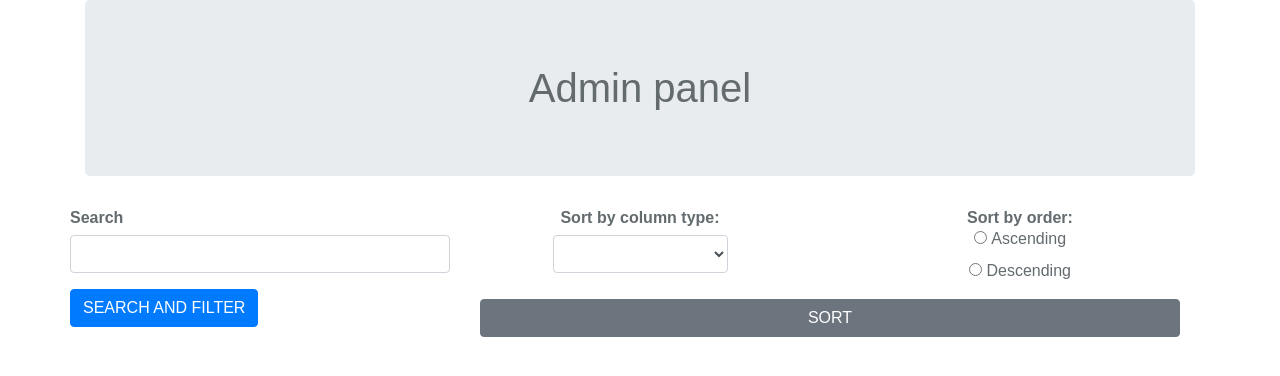
Repository: WOLVGVNG/gameclan
Page: resources/views/admin_panel.blade.php
The author's editor kept a copy of each file at every save. The page is drawn from the files as they stood at one save, then again after the next save.
The browser window is 1280 px wide. The pictures show the whole page.
The page is served by the project's Laravel application, run on PHP 8.4 with Laravel 8. Other server files are loaded and not shown. The template is opened directly, without the code that normally fills it, so the values that code supplies are empty.

Above is the page before, as saved 2019-03-20 17:38:55.

### routes/web.php
<?php

/*
|--------------------------------------------------------------------------
| Web Routes
|--------------------------------------------------------------------------
|
| Here is where you can register web routes for your application. These
| routes are loaded by the RouteServiceProvider within a group which
| contains the "web" middleware group. Now create something great!
|
*/

Route::get('/', 'AdminPanelController@index');

### resources/views/admin_panel.blade.php
@extends('layout.app')
@section('content')
<div class='container text-center'>
    <h1 class='jumbotron'>Admin panel</h1>
    <form action='/' method='GET'>
        <div class='row'>
            <div class='col-md-4'>
                <div class='row'>
                    <h6 class='font-weight-bold'>Search</h6>
                    <input type='text' class='form-control' name='search' value='{{ session('search') }}'>
                </div>
                <div class='row'>
                    <button type='submit' class='btn btn-primary mt-3'>SEARCH AND FILTER</button>
                </div>
            </div>
            <div class='col-md-8'>
                <div class='row'>
                    <div class='col-sm-6'>
                        <h6 class='font-weight-bold mt-4 mt-md-0'>Sort by column type:</h6>
                        <select class='form-control w-50 mx-auto' name='sort_type' value='{{ session('sort_type') }}'>
                            <option>{{ session('sort_type') }}</option>
                            <option>id</option>
                            <option>user_name</option>
                            <option>email</option>
                            <option>active</option>
                            <option>banned</option>
                            <option>notifiable_email</option>
                            <option>email_verified_at</option>
                            <option>points</option>
                            <option>steam_id</option>
                            <option>facebook_id</option>
                            <option>google_id</option>
                            <option>geo</option>
                            <option>lang</option>
                            <option>ref</option>
                            <option>ref_status</option>
                            <option>ref_code</option>
                            <option>deleted_at</option>
                            <option>created_at</option>
                            <option>updated_at</option>
                        </select>
                    </div>
                    <div class='col-sm-6'>
                        <h6 class='font-weight-bold my-4 my-md-0'>Sort by order:</h6>
                        <input type='radio' name='sort_order' value='asc' id='asc'
                                @if(session('sort_order') == 'asc') echo checked @endif>
                        <label for='asc'>Ascending</label>
                        <br>
                        <input type='radio' name='sort_order' value='desc' id='desc'
                                @if(session('sort_order') == 'desc') echo checked @endif>
                        <label for='desc'>Descending</label>
                    </div>
                </div>
                <div class='col mt-2 mb-5'>
                    <button type='submit' class='btn btn-block btn-secondary'>SORT</button>
                </div>
            </form>

            @foreach($users as $user)
                <div class='row mb-5'>
                    <div class='user-part-div col'>
                        <p class='font-weight-bold'>id</p>
                        <p>{{$user->id}}</p>
                    </div>
                    <div class='user-part-div col'>
                        <p class='font-weight-bold'>user_name</p>
                        <p>{{$user->user_name}}</p>
                    </div>
                    <div class='user-part-div col'>
                        <p class='font-weight-bold'>email</p>
                        <p>{{$user->email}}</p>
                    </div>
                    @if($user->active === 1)
                        <div class='user-part-div col d-flex align-items-center'>
                            <p class='font-weight-bold'>active</p>
                        </div>
                    @endif
                    @if($user->banned === 1)
                    <div class='user-part-div col d-flex align-items-center'>
                        <p class='font-weight-bold'>banned</p>
                    </div>
                    @endif
                    @if(isset($user->email_verified_at))
                        <div class='user-part-div col'>
                            <p class='font-weight-bold'>email_verified_at</p>
                            <p>{{$user->email_verified_at}}</p>
                        </div>
                    @endif
                    @if(isset($user->email_verified_at))
                        <div class='user-part-div col'>
                            <p class='font-weight-bold'>remember_token</p>
                            <p>{{$user->remember_token}}</p>
                        </div>
                    @endif
                    <div class='user-part-div col'>
                        <p class='font-weight-bold'>avatar</p>
                        <p>{{$user->avatar}}</p>
                    </div>
                    <div class='user-part-div col'>
                        <p class='font-weight-bold'>points</p>
                        <p>{{$user->points}}</p>
                    </div>
                    @if(isset($user->steam_id))
                        <div class='user-part-div col'>
                            <p class='font-weight-bold'>steam_id</p>
                            <p>{{$user->steam_id}}</p>
                        </div>
                    @endif
                    @if(isset($user->facebook_id))
                        <div class='user-part-div col'>
                            <p class='font-weight-bold'>facebook_id</p>
                            <p>{{$user->facebook_id}}</p>
                        </div>
                    @endif
                    @if(isset($user->google_id))
                        <div class='user-part-div col'>
                            <p class='font-weight-bold'>google_id</p>
                            <p>{{$user->google_id}}</p>
                        </div>
                    @endif
                    <div class='user-part-div col'>
                        <p class='font-weight-bold'>geo</p>
                        <p>{{$user->geo}}</p>
                    </div>
                    <div class='user-part-div col'>
                        <p class='font-weight-bold'>lang</p>
                        <p>{{$user->lang}}</p>
                    </div>
                    @if(isset($user->ref))
                        <div class='user-part-div col'>
                            <p class='font-weight-bold'>ref</p>
                            <p>{{$user->ref}}</p>
                        </div>
                    @endif
                    @if(isset($user->ref_status))
                        <div class='user-part-div col'>
                            <p class='font-weight-bold'>ref_status</p>
                            <p>{{$user->ref_status}}</p>
                        </div>
                    @endif
                    <div class='user-part-div col'>
                        <p class='font-weight-bold'>ref_code</p>
                        <p>{{$user->ref_code}}</p>
                    </div>
                    @if(isset($user->deleted_at))
                        <div class='user-part-div col'>
                            <p class='font-weight-bold'>deleted_at</p>
                            <p>{{$user->deleted_at}}</p>
                        </div>
                    @endif
                    <div class='user-part-div col'>
                        <p class='font-weight-bold'>created_at</p>
                        <p>{{$user->created_at}}</p>
                    </div>
                    @if(isset($user->updated_at))
                        <div class='user-part-div col'>
                            <p class='font-weight-bold'>updated_at</p>
                            <p>{{$user->updated_at}}</p>
                        </div>
                    @endif
                </div>
            @endforeach
        </div>
    </div>
    <div class='row'>
        <div class='mx-auto'>
            {{ $users->links() }}
        </div>
    </div>
</div>
@endsection

### resources/views/layout/app.blade.php
<!doctype html>
<html lang="{{ str_replace('_', '-', app()->getLocale()) }}">
    <head>
        <meta charset="utf-8">
        <meta name="viewport" content="width=device-width, initial-scale=1">

        <title>Laravel</title>

        <link rel="stylesheet" href="https://stackpath.bootstrapcdn.com/bootstrap/4.3.1/css/bootstrap.min.css" integrity="sha384-ggOyR0iXCbMQv3Xipma34MD+dH/1fQ784/j6cY/iJTQUOhcWr7x9JvoRxT2MZw1T" crossorigin="anonymous">

        <style>
            html, body {
                background-color: #fff;
                color: #636b6f;
                font-family: 'Nunito', sans-serif;
                font-weight: 200;
                height: 100vh;
                margin: 0;
            }

            .user-part-div {
                border: 3px solid gray;
            }
        </style>
    </head>
    <body>
        @yield('content')

    </body>
</html>

After the next save:
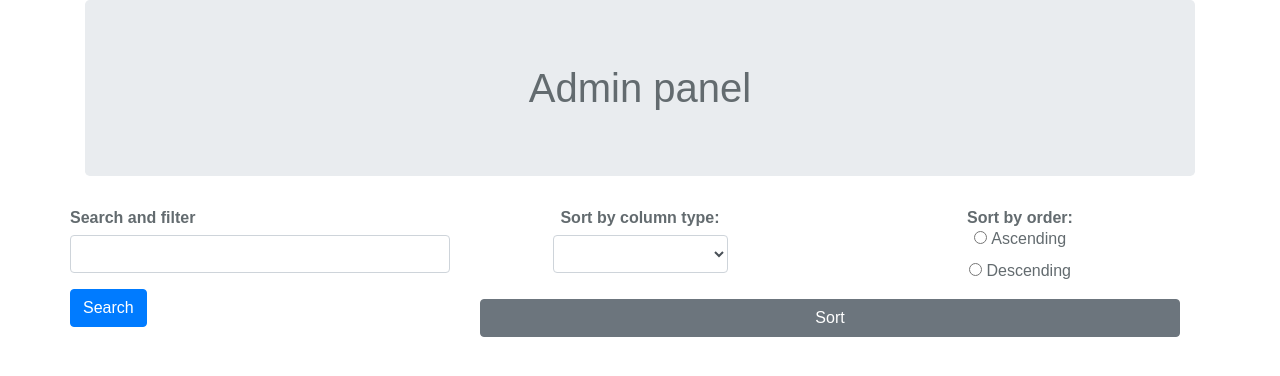
Saved 23 s later.
--- a/resources/views/admin_panel.blade.php
+++ b/resources/views/admin_panel.blade.php
@@ -6,11 +6,11 @@
         <div class='row'>
             <div class='col-md-4'>
                 <div class='row'>
-                    <h6 class='font-weight-bold'>Search</h6>
+                    <h6 class='font-weight-bold'>Search and filter</h6>
                     <input type='text' class='form-control' name='search' value='{{ session('search') }}'>
                 </div>
                 <div class='row'>
-                    <button type='submit' class='btn btn-primary mt-3'>SEARCH AND FILTER</button>
+                    <button type='submit' class='btn btn-primary mt-3'>Search</button>
                 </div>
             </div>
             <div class='col-md-8'>
@@ -52,7 +52,7 @@
                     </div>
                 </div>
                 <div class='col mt-2 mb-5'>
-                    <button type='submit' class='btn btn-block btn-secondary'>SORT</button>
+                    <button type='submit' class='btn btn-block btn-secondary'>Sort</button>
                 </div>
             </form>
 
